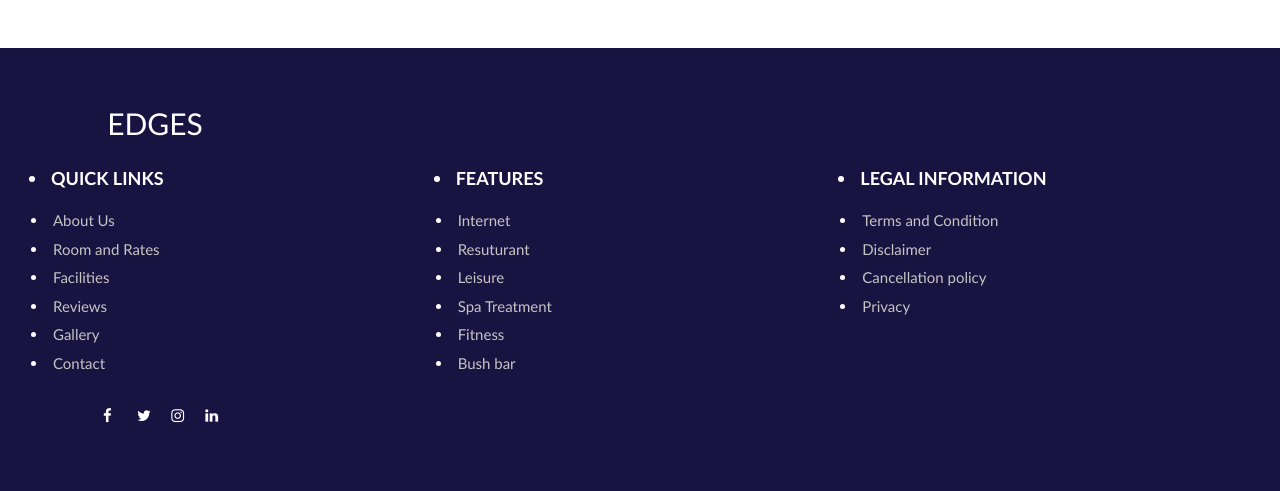
Repository: Syfon01/hotel-website
Page: index.html
These files come from the project's save history. The page is drawn as it stood at one moment and after a run of saves; the edit follows.
The browser window is 1280 px wide. The pictures show the part of the page from y = 2361 to 2852 px (the page is 2852 px tall).

Above is the page before, as saved 2020-06-09 18:49:28.

### index.html
<!doctype html>
<html lang="en">
  <head>
    <title>Title</title>
    <!-- Required meta tags -->
    <meta charset="utf-8">
    <meta name="viewport" content="width=device-width, initial-scale=1, shrink-to-fit=no">
  <!-- font awesome -->
  <link rel="stylesheet" href="https://cdnjs.cloudflare.com/ajax/libs/font-awesome/4.7.0/css/font-awesome.min.css">
    <!-- Bootstrap CSS -->
    <link rel="stylesheet" href="https://stackpath.bootstrapcdn.com/bootstrap/4.3.1/css/bootstrap.min.css" integrity="sha384-ggOyR0iXCbMQv3Xipma34MD+dH/1fQ784/j6cY/iJTQUOhcWr7x9JvoRxT2MZw1T" crossorigin="anonymous">
    <link rel="stylesheet" href="room.css">
    <link rel="stylesheet" href="style.css">

  </head>
  <body>
    <!-- header, navbar -->
    <section class="top__section">
      <div class="top__content">
        <div class="container">
          <div class="icons">
            <i class="fa fa-facebook"></i>
            <i class="fa fa-twitter"></i>
            <i class="fa fa-instagram"></i>
            <i class="fa fa-linkedin"></i>
          </div>

          <div class="select">
            <p>English</p><span><i class="fa fa-angle-down"></i></span>
            <p class="x">NGN</p><span><i class="fa fa-angle-down"></i></span>
          </div>
        </div>
      </div>
    </section>

    <section class="main__frame">
      <nav>
        <input type="checkbox" name="" id="check">
        <label for="check" class="checkbtn"><span class="hamburger"></span></label>
        <label class="navBrand">EDGES</label>
        <ul>
          <li><a href="#" class="active">Home</a></li>
          <li><a href="#">About us</a></li>
          <li><a href="#">Room and Rates</a></li>
          <li><a href="#">Facilities</a></li>
          <li><a href="#">Gallery</a></li>
          <li><a href="#">Review</a></li>
          <li><a href="#">Contact</a></li>
        </ul>
      </nav>

      <div class="text-center text-white pt-5">
        <div class="container cont-head pt-5">
          <div class="vert-head pt-5">
            <h1 class="home pb-3">
              Our Rooms
            </h1>
            <div class="col-12 mx-auto">
              <p>
                Enjoy ultimate relaxation in one of our 94 rooms, including 27 spacious suites, designed with your comfort in
                mind.
                All
                rooms offer free high-speed wireless internet, natural light, as well as coffee and tea facilities. Return
                after a
                full
                day of work or sightseeing and unwind in style.
              </p>
            </div>
          </div>

        </div>
      </div>
    </section>

    <!-- carousel section -->
    <section id="carousel-section">
      <div class="container mt-5">
        <div class="row py-4">
          <div class="col-md-7 col-lg-7 col-12 col-sm-12">
            <div id="carouselExampleIndicators" class="carousel slide" data-ride="carousel">
              <ol class="carousel-indicators">
                <li data-target="#carouselExampleIndicators" data-slide-to="0" class="active"></li>
                <li data-target="#carouselExampleIndicators" data-slide-to="1"></li>
                <li data-target="#carouselExampleIndicators" data-slide-to="2"></li>
              </ol>
              <div class="carousel-inner">
                <div class="carousel-item active">
                  <img src="./img/hotel1.png" class="d-block w-100 img-carousel img-fluid" alt="...">
                </div>
                <div class="carousel-item">
                  <img src="./img/hotel2.png" class="d-block w-100 img-carousel img-fluid" alt="...">
                </div>
                <div class="carousel-item">
                  <img src="./img/hotel3.png" class="d-block w-100 img-carousel img-fluid" alt="...">
                </div>
              </div>

            </div>
          </div>
          <div class="col-md-5 col-lg-5 col-12 col-sm-12">
            <div class="hovertext">
              <h4 class="text-purple mb-4">Standard Room</h4>
              <p class="text-purple"><span class="p-font-weight">Bed type </span>: 1 King sized bed</p>
              <p class="text-purple"><span class="p-font-weight">Size</span> : 25m2</p>
              <p class="text-purple"><span class="p-font-weight">Max.guest </span>: 2 Adults and a child</p>
              <p class="text-purple mb-4"><span class="p-font-weight p-20">#16,700</span> /night</p>
              <button class="btn btn-purple px-5">Book Now</button>
            </div>
          </div>
        </div>

        <div class="row py-4">
          <div class="col-md-7 col-lg-7 col-12 col-sm-12">
            <div id="carouselExampleIndicators" class="carousel slide" data-ride="carousel">
              <ol class="carousel-indicators">
                <li data-target="#carouselExampleIndicators" data-slide-to="0" class="active"></li>
                <li data-target="#carouselExampleIndicators" data-slide-to="1"></li>
                <li data-target="#carouselExampleIndicators" data-slide-to="2"></li>
              </ol>
              <div class="carousel-inner">
                <div class="carousel-item active">
                  <img src="./img/hotel2.png" class="d-block w-100 img-carousel img-fluid" alt="...">
                </div>
                <div class="carousel-item">
                  <img src="./img/hotel3.png" class="d-block w-100 img-carousel img-fluid" alt="...">
                </div>
                <div class="carousel-item">
                  <img src="./img/hotel4.png" class="d-block w-100 img-carousel img-fluid" alt="...">
                </div>
              </div>

            </div>
          </div>
          <div class="col-md-5 col-lg-5 col-12 col-sm-12">
          <div class="hovertext">
            <h4 class="text-purple mb-4">Deluxe Room</h4>
            <p class="text-purple"><span class="p-font-weight">Bed type </span>: 1 King sized bed</p>
            <p class="text-purple"><span class="p-font-weight">Size</span> : 29m2</p>
            <p class="text-purple"><span class="p-font-weight">Max.guest </span>: 2 Adults and a child</p>
            <p class="text-purple mb-4"><span class="p-font-weight p-20">#16,700</span> /night</p>
            <button class="btn btn-purple px-5">Book Now</button>
          </div>
          </div>
        </div>

        <div class="row py-4">
          <div class="col-md-7 col-lg-7 col-12 col-sm-12">
            <div id="carouselExampleIndicators" class="carousel slide" data-ride="carousel">
              <ol class="carousel-indicators">
                <li data-target="#carouselExampleIndicators" data-slide-to="0" class="active"></li>
                <li data-target="#carouselExampleIndicators" data-slide-to="1"></li>
                <li data-target="#carouselExampleIndicators" data-slide-to="2"></li>
              </ol>
              <div class="carousel-inner">
                <div class="carousel-item active">
                  <img src="./img/hotel3.png" class="d-block w-100 img-carousel h-50 img-fluid" alt="...">
                </div>
                <div class="carousel-item">
                  <img src="./img/hotel4.png" class="d-block w-100 img-carousel img-fluid" alt="...">
                </div>
                <div class="carousel-item">
                  <img src="./img/hotel1.png" class="d-block w-100 img-carousel img-fluid" alt="...">
                </div>
              </div>

            </div>
          </div>
          <div class="col-md-5 col-lg-5 col-12 col-sm-12">
          <div class="hovertext">
            <h4 class="text-purple mb-4">Standard Deluxe Room</h4>
            <p class="text-purple"><span class="p-font-weight">Bed type </span>: 1 King sized bed</p>
            <p class="text-purple"><span class="p-font-weight">Size</span> : 48m2</p>
            <p class="text-purple"><span class="p-font-weight">Max.guest </span>: 2 Adults and a child</p>
            <p class="text-purple mb-4"><span class="p-font-weight p-20">#21,000</span> /night</p>
            <button class="btn btn-purple px-5">Book Now</button>
          </div>
          </div>
        </div>

        <div class="row py-4">
          <div class="col-md-7 col-lg-7 col-12 col-sm-12">
            <div id="carouselExampleIndicators" class="carousel slide" data-ride="carousel">
              <ol class="carousel-indicators">
                <li data-target="#carouselExampleIndicators" data-slide-to="0" class="active"></li>
                <li data-target="#carouselExampleIndicators" data-slide-to="1"></li>
                <li data-target="#carouselExampleIndicators" data-slide-to="2"></li>
              </ol>
              <div class="carousel-inner">
                <div class="carousel-item active">
                  <img src="./img/hotel4.png" class="d-block w-100 img-carousel h-50 img-fluid" alt="...">
                </div>
                <div class="carousel-item">
                  <img src="./img/hotel2.png" class="d-block w-100 img-carousel img-fluid" alt="...">
                </div>
                <div class="carousel-item">
                  <img src="./img/hotel1.png" class="d-block w-100 img-carousel img-fluid" alt="...">
                </div>
              </div>

            </div>
          </div>
          <div class="col-md-5 col-lg-5 col-12 col-sm-12">
            <div class="hovertext">
              <h4 class="text-purple mb-4">Executive Room</h4>
              <p class="text-purple"><span class="p-font-weight">Bed type </span>:2 twins or 1 King sized bed</p>
              <p class="text-purple"><span class="p-font-weight">Size</span> : 48m2</p>
              <p class="text-purple"><span class="p-font-weight">Max.guest </span>: 2 Adults and a child</p>
              <p class="text-purple mb-4"><span class="p-font-weight p-20">#25,000</span> /night</p>
              <button class="btn btn-purple px-5">Book Now</button>
            </div>
          </div>
        </div>
      </div>
    </section>

    <!-- explore section  -->
    <div class="explore py-4 mb-4">
      <div class='hero'>
        <div class="cont-vert d-none d-md-block d-lg-block">
          <div class="text-center vert col-12">
            <h1>
              Explore and see what comfort really is
            </h1>
            <img src="./img/play.svg" class="img-fluid" alt="" srcset="">
          </div>
        </div>

        <div class="d-sm-block d-lg-none d-md-none py-5">
          <div class="text-center col-12 py-5">
            <h2 class="pt-5">
              Explore and see what comfort really is
            </h2>
            <img src="./img/play.svg" class="img-fluid pt-2" alt="" srcset="">
          </div>
        </div>

      </div>
</div>
<!-- footer -->
<footer>
  <h2>Edges</h2>



  <div class="row">

    <div class="col-md-4 col-6 col-lg-4 de-column">
      <ul class="d-row">
        <li id="theader">Quick Links </li>
        <li><a href="#">About Us </a></li>
        <li><a href="#"> Room and Rates</a></li>
        <li><a href="#"> Facilities</a></li>
        <li><a href="#">Reviews</a> </li>
        <li><a href="#">Gallery</a> </li>
        <li><a href="#"> Contact</a></li>
      </ul>
    </div>

    <div class="col-md-4 col-6 col-lg-4 de-column">
      <ul class="d-row">
        <li id="theader">Features </li>
        <li><a href="#">Internet</a></li>
        <li><a href="#">Resuturant</a> </li>
        <li><a href="#">Leisure</a> </li>
        <li> <a href="#">Spa Treatment</a></li>
        <li><a href="#">Fitness </a></li>
        <li><a href="#">Bush bar </a></li>
      </ul>
    </div>

    <div class="col-md-4 col-6 col-lg-4  de-column">
      <ul class="d-row">
        <li id="theader"> Legal Information</li>
        <li><a href="#">Terms and Condition </a></li>
        <li><a href="#">Disclaimer</a> </li>
        <li> <a href="#">Cancellation policy</a></li>
        <li><a href="#">Privacy</a> </li>
      </ul>
    </div>


  </div>


  <div class="links">
    <i class="fa fa-facebook"><a href="#"></a></i>
    <i class="fa fa-twitter"><a href="#"></a></i>
    <i class="fa fa-instagram"><a href="#"></a></i>
    <i class="fa fa-linkedin"><a href="#"></a></i>

  </div>
</footer>


    <!-- Optional JavaScript -->
    <!-- jQuery first, then Popper.js, then Bootstrap JS -->
    <script src="https://code.jquery.com/jquery-3.3.1.slim.min.js" integrity="sha384-q8i/X+965DzO0rT7abK41JStQIAqVgRVzpbzo5smXKp4YfRvH+8abtTE1Pi6jizo" crossorigin="anonymous"></script>
    <script src="https://cdnjs.cloudflare.com/ajax/libs/popper.js/1.14.7/umd/popper.min.js" integrity="sha384-UO2eT0CpHqdSJQ6hJty5KVphtPhzWj9WO1clHTMGa3JDZwrnQq4sF86dIHNDz0W1" crossorigin="anonymous"></script>
    <script src="https://stackpath.bootstrapcdn.com/bootstrap/4.3.1/js/bootstrap.min.js" integrity="sha384-JjSmVgyd0p3pXB1rRibZUAYoIIy6OrQ6VrjIEaFf/nJGzIxFDsf4x0xIM+B07jRM" crossorigin="anonymous"></script>
  </body>
</html>

### room.css
.text-purple{
 color: #333333
}
.p-font-weight{
  font-weight: 500;
}
.p-20{
  font-size: 24px;
}
p{
  font-size: 18px;;
}
.btn-purple{
  background-color: #191341;
  color: #fff;
  border-radius: 5px;
}
.img-carousel{
  height: 300px!important;
}
.carousel-indicators li{
  border-radius: 100%;
  width: 8px;
  height: 8px;
}
.home-header{
  background-image: linear-gradient(to bottom, rgba(0, 0, 0, 0.4), rgba(0, 0, 0, 0.6)),
  url('https://res.cloudinary.com/syfon/image/upload/v1591642862/header.png');
  width: 100%;
  height: 75vh;
  background-size: cover;
  color: white;
  ;
}
.hero{
   background-image: linear-gradient(to bottom, rgba(25, 19, 65, 0.6), rgba(25, 19, 65, 0.8)),
   url('https://res.cloudinary.com/syfon/image/upload/v1591642863/explore.png');
   width: 100%;
   /* height: 75vh; */
   background-size: cover;
   color: white;
  ;
}

.vert{
  margin: 0;
  position: absolute;
  top: 50%;
  left: 50%;
  -ms-transform: translate(-50%, -50%);
  transform: translate(-50%, -50%);
}
.cont-vert{
  height: 400px;
  position: relative;
}

.cont-head {
  height: 400px;
  position: relative;
  z-index: 2;
}
@media screen and (min-width: 300px) and (max-width: 420px){
  .cont-head{
    min-height: 500px;
  }

}

@media (max-width: 991px) {
  #words {
    width: 100%;
    /* margin: auto;
      text-align: justify; */
  }

  .row {
    /* opacity: 0.4; */
    position: relative;
    overflow: hidden;
  }

  .col-md-7 {
    opacity: 1;
    display: block;
    width: 100%;
    height: auto;
    transition: .5s ease;
    backface-visibility: hidden;
  }

  .col-md-5 {
    opacity: 0;
    position: absolute;
    top: 2;
    left: 0;
    padding: 0em;
    line-height: 1;
    /* background-color: blue; */
    /* transform: translate(-50%, -50%); */
    /*-ms-transform: translate(-50%, -50%); */

  }

  .col-md-5 p {
    color: white
  }

  .col-md-5 h4 {
    color: white
  }

  .row:hover .col-md-7 {
    /* opacity: ; */

  }

  .row:hover .col-md-5 {
    opacity: 0.9;
    padding: 0em 1em;

  }

  .row:hover.btn-purple {
    opacity: 1;

  }

  .hovertext {
    padding: 1.5em 1em;
    background-color: #112966;

    /* font-size: 16px;
      padding: 16px 32px; */
  }

  .btn-purple {
    color: #191341;
    background-color: #fff;
    padding: 0.2em;
    font-size: 25px;
    margin-top: 0em;
    font-weight: bold;
  }

  .btn-purple:hover {
    background-color: rgb(3, 87, 3);
    color: white;
    border: none;
    outline: none
  }

  .carousel-indicators li {
    display: none
  }
}

### style.css
html * {
  margin: 0;
  padding: 0;
  box-sizing: border-box;
}

body {
  font-family: Calibri, 'Trebuchet MS', sans-serif;
  width: 100%;
  height: 100%;
}


/*  NAVBAR */
a {
  text-decoration: none;
}

.main__frame {
  width: 100%;
  /* height: calc(80vh - 50px); */
  background-image: url('https://res.cloudinary.com/syfon/image/upload/v1591642862/header.png');
  background-repeat: no-repeat;
  object-fit: cover;
  background-size: cover;
  position: relative;
}

.main__frame::after {
  content: '';
  position: absolute;
  top: 0;
  left: 0;
  width: 100%;
  height: 100%;
  z-index: 1;
  background: rgba(0, 0, 0, 0.5);
  color: #fff!important;
}

.top__section {
  width: 100%;
  height: 49px;
}

.top__content {
  max-width: 100%;
  height: 49px;
  background: #191341;
}

.top__content>.container {
  width: 80%;
  display: flex;
  flex-direction: row;
  justify-content: space-between;
  margin: 0 auto;
  color: #ffffff;
  padding-top: 15px;
}

.container>.icons {
  display: flex;
  flex-direction: row;
  width: 100px;
  font-size: 15px;
}

.icons i {
  margin-right: 25px;
}

.container {
  width: 80%;
  margin: 0 auto;
}

.container>.select {
  display: flex;
  flex-direction: row;
  width: 200px;
  font-size: 18px;

}

/* select section */
.select>p {
  margin-right: 10px;
}

.select>p.x {
  margin-left: 40px;
}

.select>span {
  line-height: 25px;
}

/* navigation */
nav {
  position: absolute;
  content: '';
  width: 100%;
  height: 80px;
  z-index: 2;
  padding: 0 4em;
}

nav .navBrand {
  /* font-family: Calibri; */
  font-style: normal;
  font-weight: bold;
  font-size: 45px;
  line-height: 70px;
  color: #ffff;
  z-index: 2;
  float: left;
}

nav ul {
  float: right;
  list-style: none;
}

nav ul li {
  display: inline-block;
  line-height: 70px;
}

nav li a {
  font-family: Calibri;
  font-style: normal;
  font-weight: normal;
  font-size: 20px;
  line-height: 24px;
  color: #FFFFFF;
  padding: 8px 17px;
}

nav li a:hover {
  background: #191341;
  box-shadow: 2px 0px 2px rgba(0, 0, 0, 0.25);
  border-radius: 5px;
}

.checkbtn {
  float: right;
  position: relative;
  top: 32px;
  cursor: pointer;
  display: none;
}

#check {
  display: none;
}

/* Hamburger menu with CSS */
.hamburger,
.hamburger::before,
.hamburger::after {
  content: "";
  display: block;
  background: #fff;
  height: 3px;
  width: 1.8rem;
  border-radius: 4px;
  transition: all .4s ease-out;
}

.hamburger::before {
  transform: translateY(-8px);
}

.hamburger::after {
  transform: translateY(5px);
}

/* Hamburger icon switch to X */
#check:checked~.checkbtn .hamburger {
  transform: rotate(45deg);
  background: #fff;
}

#check:checked~.checkbtn .hamburger::after {
  transform: translateY(-3px) rotate(-90deg);
  background: #fff;
}

#check:checked~.checkbtn .hamburger::before {
  opacity: 0;
}

/* media Query */

/* mobile */
@media screen and (min-width: 300px) and (max-width: 420px) {

  /* top icons */
  .container>.icons {
    width: 30%;
    font-size: 12px;
  }

  .icons i {
    margin-right: 20px;
  }

  .container>.select {
    width: 40%;
    font-size: 12px;
  }

  .select>p.x {
    margin-left: 20px;
  }

  .select>span {
    line-height: 18px;
  }

  .top__content>.container {
    width: 80% !important;
  }

  nav {
    padding: 0 2.4em !important;
  }

  nav .navBrand {
    font-size: 27px !important;
  }
}

/* small tablet */
@media screen and (min-width: 550px) and (max-width: 772px) {

  .container>.select {
    font-size: 12px;
  }

  .select>span {
    line-height: 18px;
  }

  nav {
    padding: 0 5em;
  }

  nav .navBrand {
    font-size: 33px;
  }
}

/* tablet */
@media screen and (min-width: 900px) and (max-width: 1250px) {
  .top__content>.container {
    width: 85%;
  }

  nav {
    padding: 0 4em;
  }

  nav .navBrand {
    font-size: 33px;
  }

  li a {
    font-size: 14px;
    padding: 8px 14px;
  }
}

@media screen and (min-width: 1250px) {
  nav {
    padding: 0 8em;
  }

}

/* navbar */
@media screen and (max-width: 852px) {
  .checkbtn {
    display: block;
  }

  nav ul {
    position: fixed;
    width: 100%;
    height: 100%;
    background: rgba(0, 0, 0, 0.9);
    top: 110px;
    left: -100%;
    text-align: center;
    transition: all .4s;
  }

  nav ul li {
    display: block;
    margin: 50px 0;
    line-height: 30px;
  }

  nav ul li a {
    font-size: 20px;
  }

  li a:hover,
  a.active {
    background: none;
    color: #191341;
  }

  #check:checked~ul {
    left: 0;
  }
}



/* footer  */
footer {
  color: white;
  padding: 3em;
  background-color: #191341;
}

footer h2 {
  width: 90%;
  margin: auto;
  font-size: 30px;
  padding: 0.3em 0em;
  text-transform: uppercase
}

.de-table {

  margin: auto;
  width: 95%;
  display: flex;
  padding-left: 2em;

}

.de-table ul {
  list-style-type: none;
}

.de-column {
  width: 40%
}

#theader {
  padding-top: 12px;
  padding-bottom: 12px;
  text-align: left;
  font-weight: bold;
  font-size: 18px;
  line-height: 32px;
  text-transform: uppercase;
}

.d-row li {
  padding: 3px;
  font-size: 15px
}

.d-row li a {
  color: rgb(199, 196, 196);
  text-decoration: none;
  padding: 2px
}

.links {

  padding: 1em 2.5em;

}

.links .fa {
  padding: 15px;
  cursor: pointer;
  width: 15px;
  height: 15px;
  font-size: 15px;
  text-decoration: none;

}

@media (max-width: 991px) {
  footer {
    /* text-align: center; */
    color: white;
    padding-left: 2em
  }

  .d-table {
    display: block;

    padding: 0em
  }

  .de-column {
    width: 100%;
    padding: 1em;

  }

  footer h2 {
    padding: 0.5em
  }

  #theader {

    line-height: 7px;

  }
}

.d-row>li[

]

After the next 4 saves:
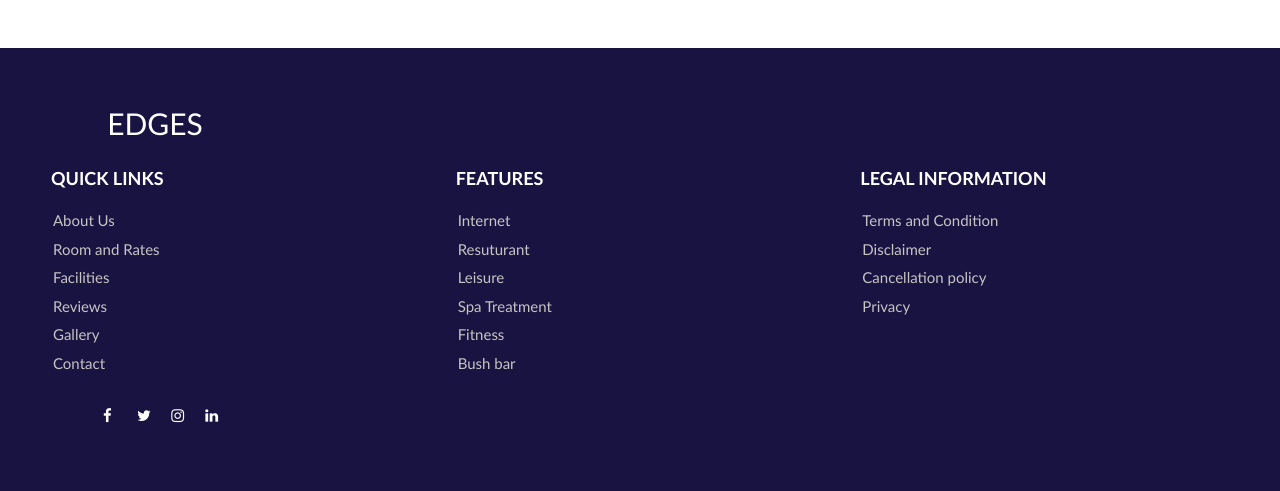
The 4 saves are shown as one change because they came seconds apart.
The last was saved 10 s later.
--- a/style.css
+++ b/style.css
@@ -418,6 +418,6 @@ footer h2 {
   }
 }
 
-.d-row>li[
-
-]
+.d-row>li{
+  list-style: none;
+}
